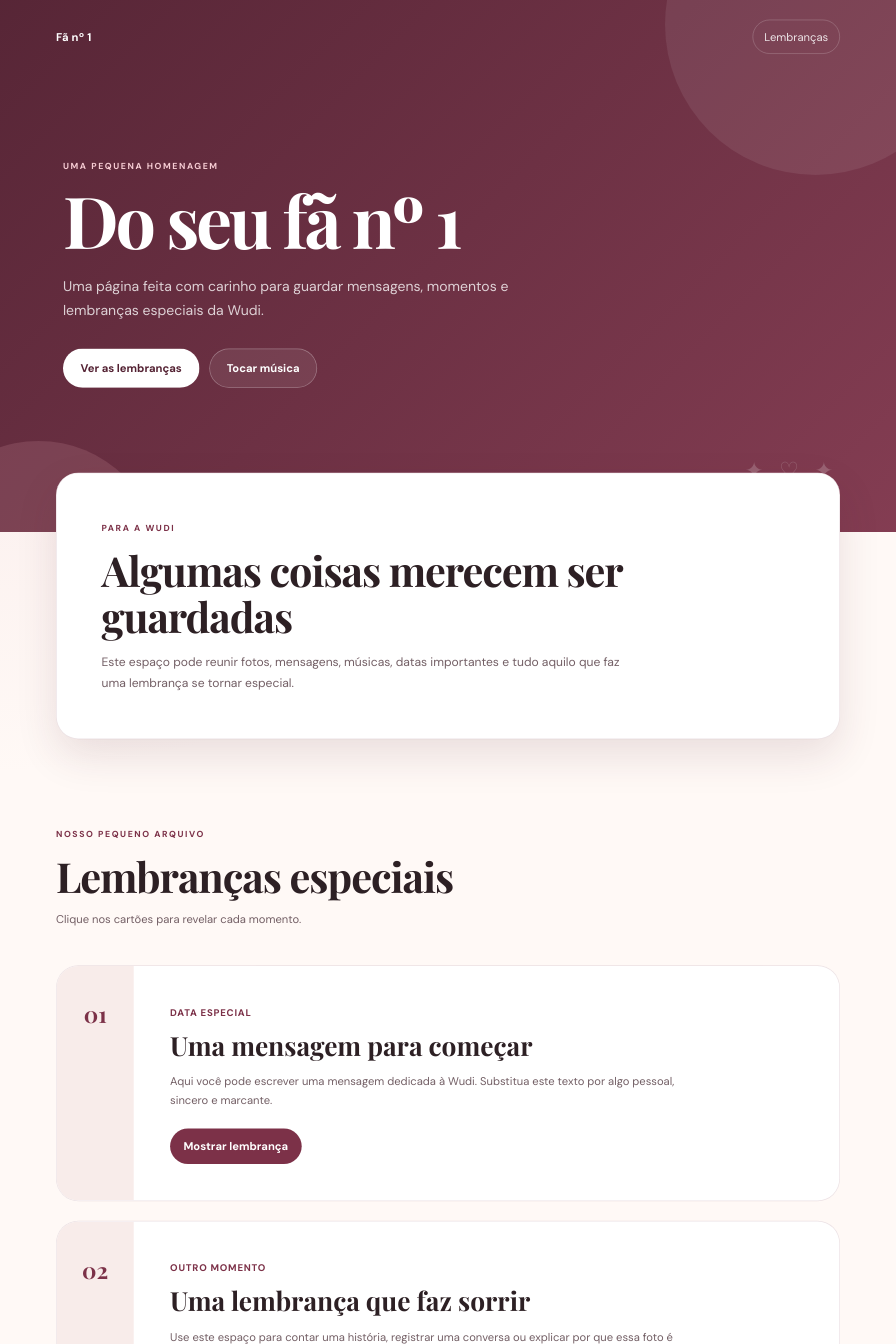
Repository: rrresck/do-seu-fa-numero-1
Page: index.html
These files come from the project's save history. The page is drawn as it stood at one moment and after the next save; the edit follows.
The browser window is 1280 px wide. The pictures show the part of the page from y = 0 to 1920 px (the page is 3220 px tall), at 70% of full size.

Above is the page before, as saved 2026-07-24 15:08:27.

After the next save:
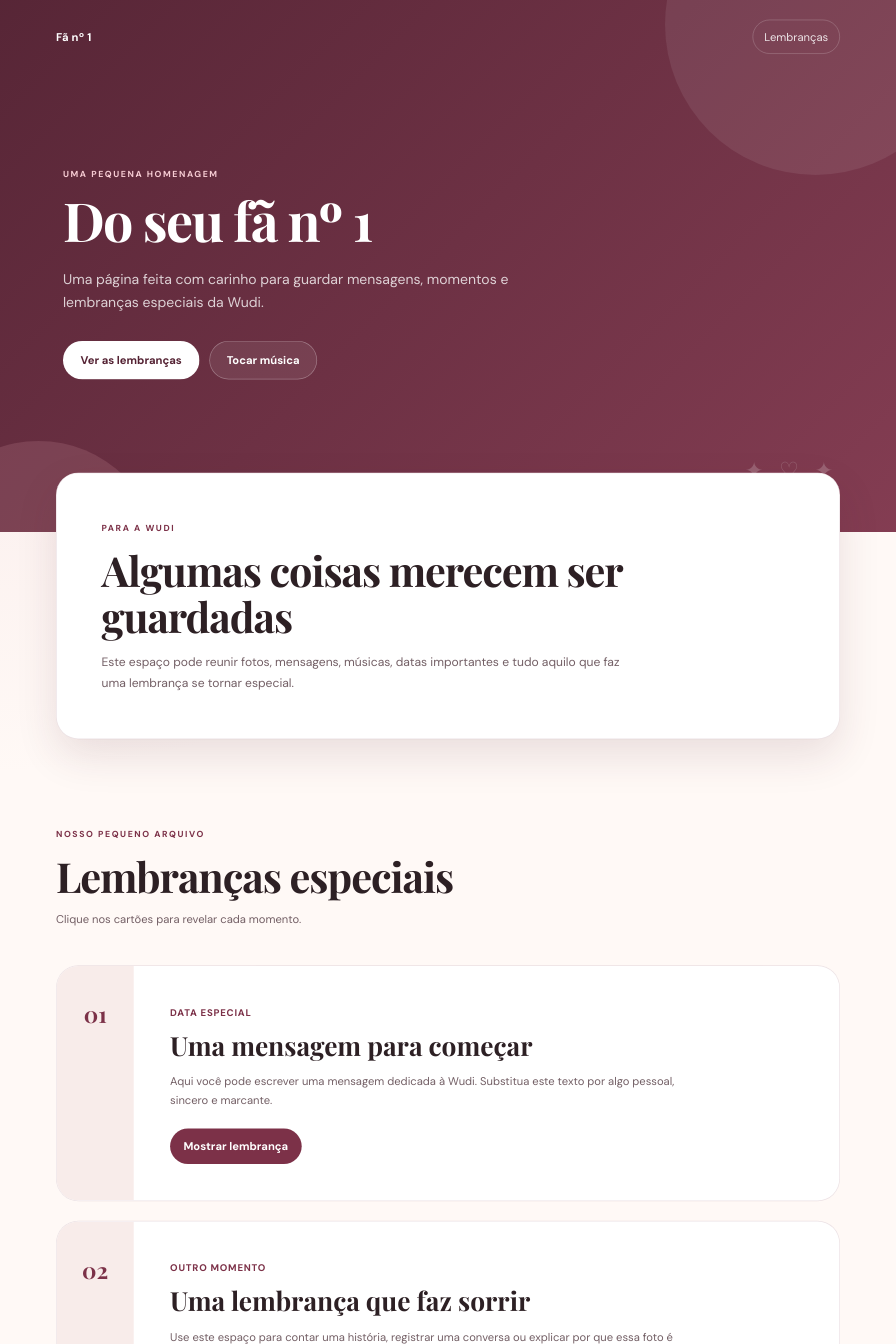
Saved 2 min 5 s later.
--- a/css/styles.css
+++ b/css/styles.css
@@ -157,11 +157,11 @@ a {
 }
 
 .hero h1 {
-    max-width: 800px;
+    max-width: none;
     font-family: "Playfair Display", serif;
-    font-size: clamp(3rem, 8vw, 6.5rem);
-    line-height: 0.98;
-    letter-spacing: -0.045em;
+    font-size: clamp(3rem, 6vw, 5.8rem);
+    line-height: 1;
+    letter-spacing: -0.03em;
 }
 
 .hero-description {
